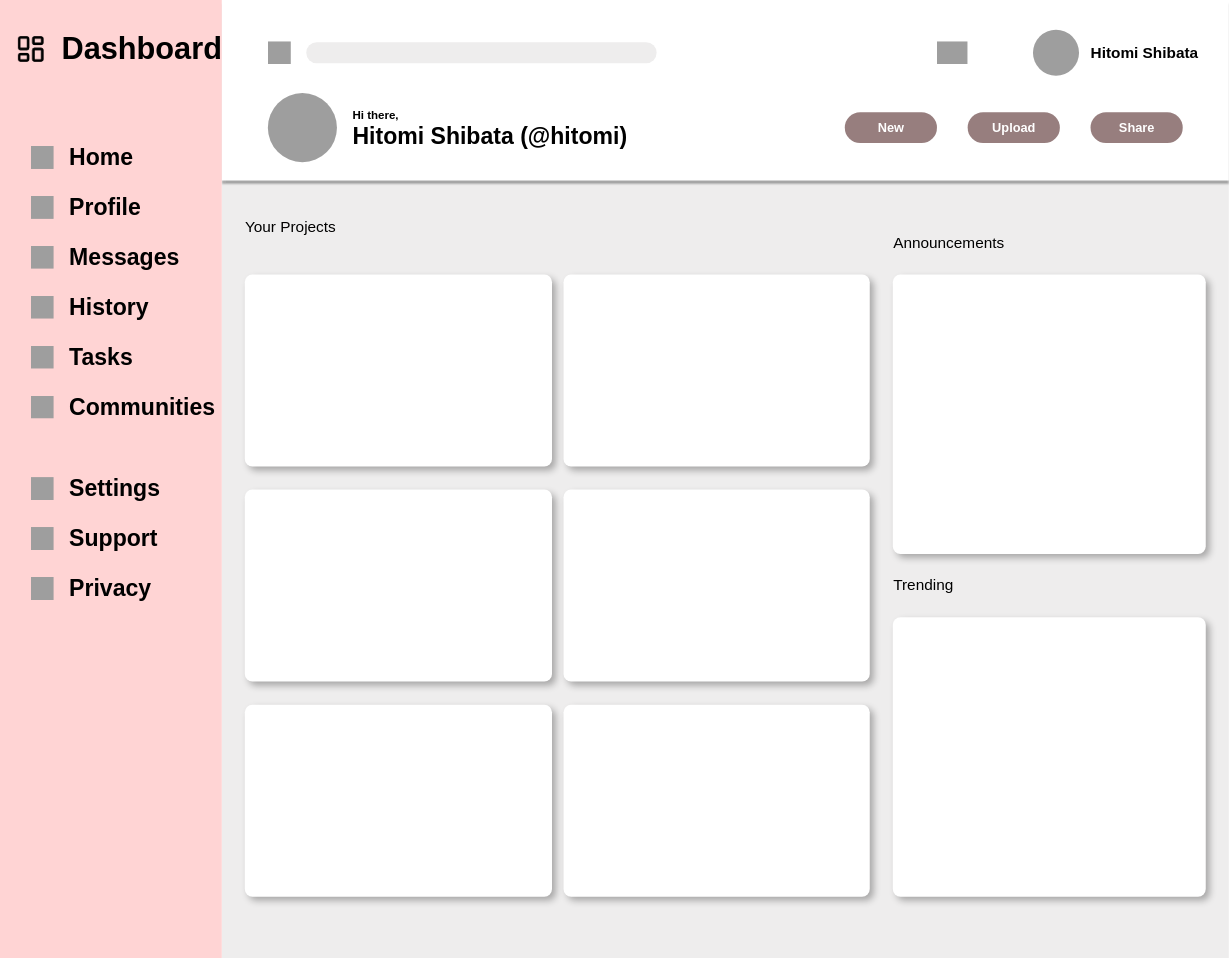
Repository: yeetzpxoci/dashboard
Page: index.html
The author's editor kept a copy of each file at every save. The page is drawn from the files as they stood at one save, then again after the next save.
The browser window is 1280 px wide. The pictures show the whole page, at 96% of full size.
Pictures or frames that could not be fetched are drawn as grey boxes.

Above is the page before, as saved 2023-02-19 13:14:33.

After the next save:
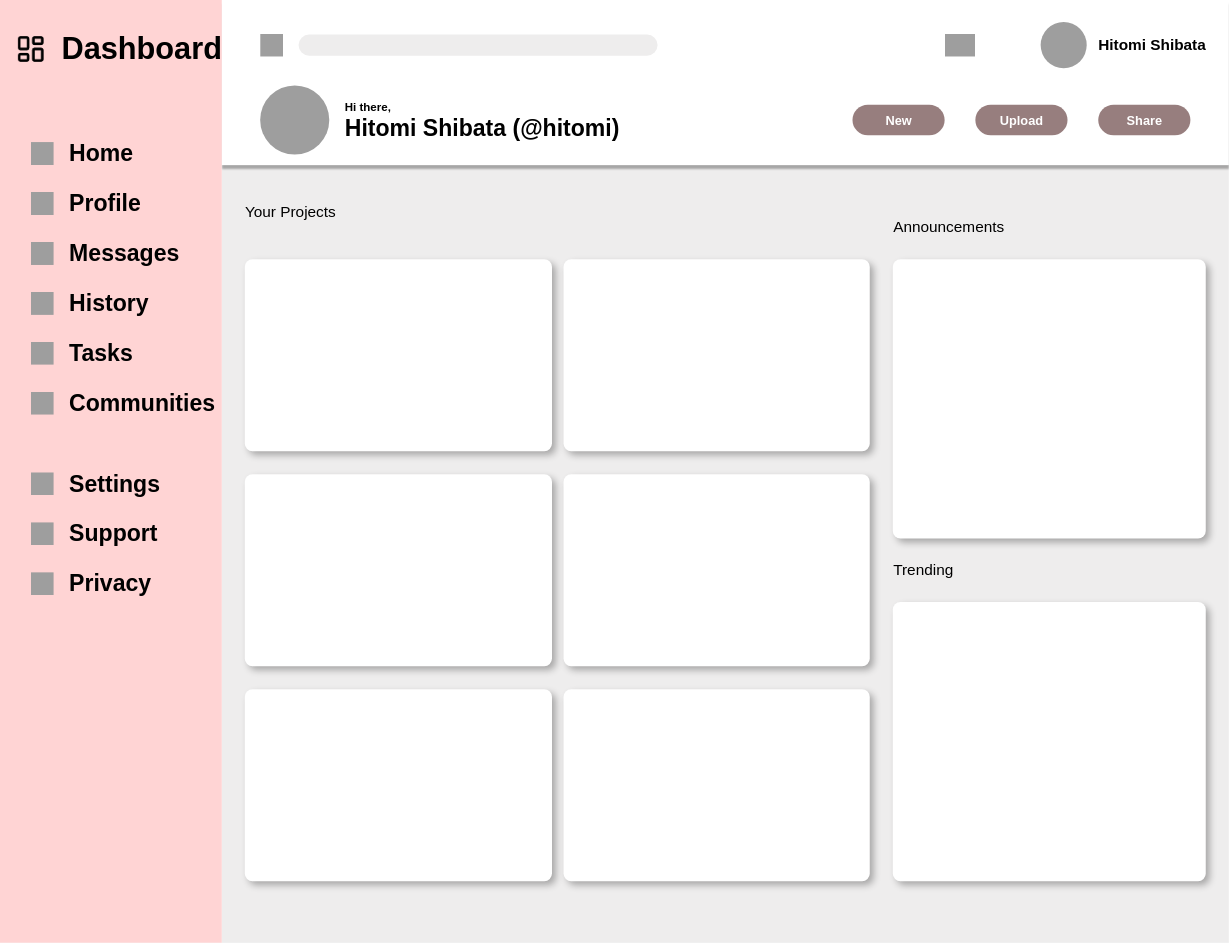
Saved 14 s later.
--- a/styles.css
+++ b/styles.css
@@ -73,7 +73,7 @@ body {
     padding-right: 24px;
     box-shadow: 0px 4px 2px rgb(0, 0, 0, 0.3);
     z-index: 1;
-    padding: 16px;
+    padding: 8px;
 }
 
 .search {
